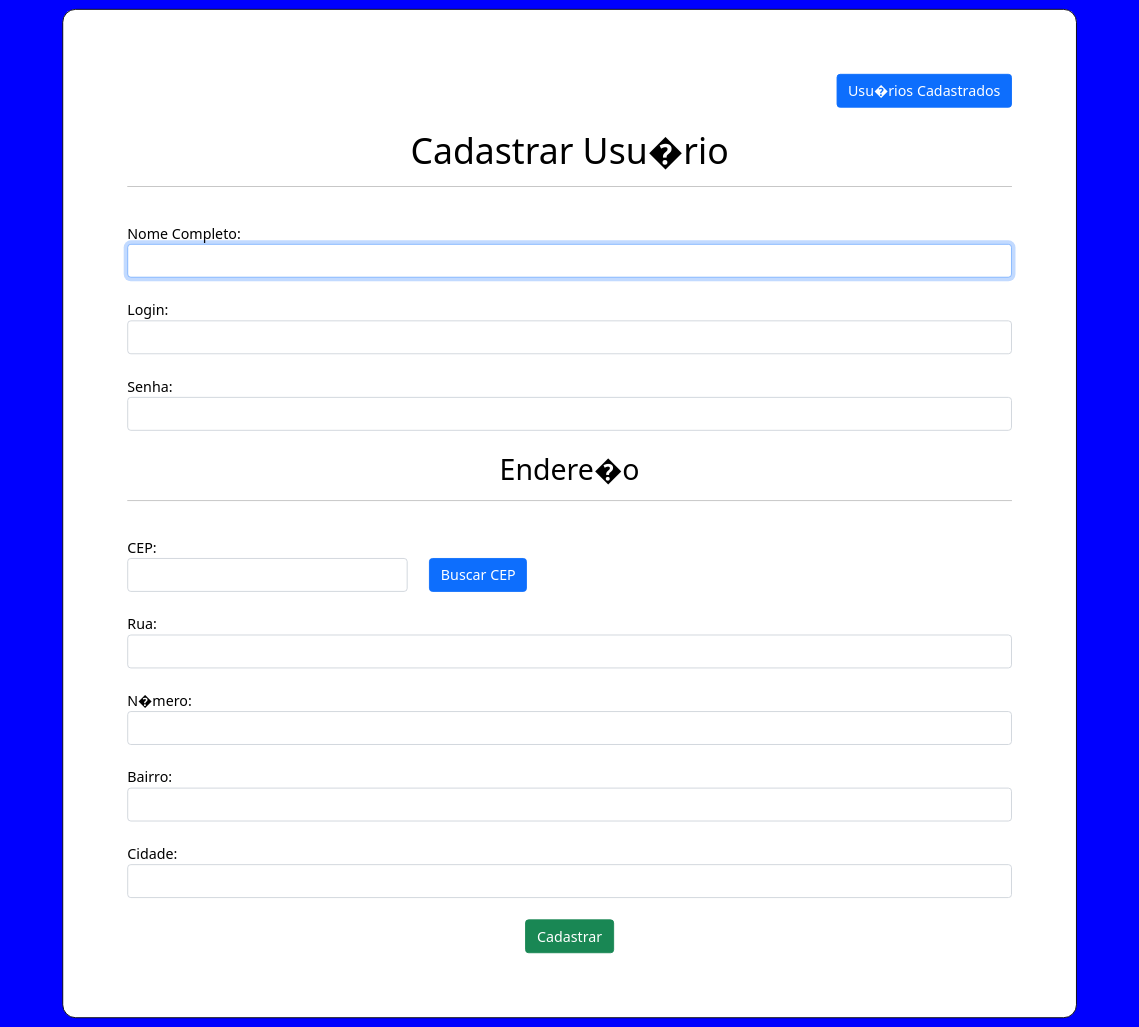
Repository: Magicianred/spring-mvc
Page: http://localhost/index
These files come from the project's save history. The page is drawn as it stood at one moment and after the next save; the edit follows.
The browser window is 1280 px wide. The pictures show the whole page, at 89% of full size.
The page is this project's Thymeleaf template; nobody is signed in. The template is opened directly, without the code that normally fills it, so the values that code supplies are empty.

Above is the page before, as saved 2021-01-13 02:35:48.

### springmvc/src/main/resources/templates/index.html
<!DOCTYPE html>
<html xmlns="http://www.w3.org/1999/xhtml"
xmlns:th="http://www.thymeleaf.org"
xmlns:layout="http://www.ultraq.net.nz/thymeleaf/layout">

<head>
	<link th:href="@{/css/bootstrap.min.css}" rel="stylesheet"/>
	<link th:href="@{/css/estilo.css}" rel="stylesheet"/>
	<meta charset="ISO-8859-1">
	<title>CRUD MVC</title>
</head>
<body>
	<div id="formulario">
		<div align="right">
			<a th:href="@{/usuarios}"><button class="btn btn-primary" id="botao">Usuários Cadastrados</button></a>
		</div>
		<br />

		<h1 align="center">Cadastrar Usuário</h1>
		<hr><br/>

		<div class="form-group">
			<label>Nome Completo:</label> <br />
			<input class="form-control" type="text" name="nome" id="nome" autofocus />
		</div>
		<br />

		<div class="form-group">
			<label>Login:</label> <br />
			<input class="form-control" type="email" name="email" id="email" />
		</div>
		<br />

		<div class="form-group">
			<label>Senha:</label> <br />
			<input class="form-control" type="password" name="senha" id="senha" />
		</div>
		<br />

		<h2 align="center">Endereço</h2>
		<hr><br/>
		<div class="form-group row">
			<label>CEP:</label> <br />
			<div class="col-md-4"><input class="form-control" type="text" name="cep" id="cep" /></div>
			<div class="col-md-4"><button class="btn btn-primary" onclick="buscar()">Buscar CEP</button></div>
		</div>
		<br />

		<div class="form-group">
			<label>Rua:</label> <br />
			<input class="form-control" type="text" name="rua" id="rua" />
		</div>
		<br />

		<div class="form-group">
			<label>Número:</label> <br />
			<input class="form-control" type="text" name="numero" id="numero" />
		</div>
		<br />

		<div class="form-group">
			<label>Bairro:</label> <br />
			<input class="form-control" type="text" name="bairro" id="bairro" />
		</div>
		<br />

		<div class="form-group">
			<label>Cidade:</label> <br />
			<input class="form-control" type="text" name="cidade" id="cidade" />
		</div>
		<br />

		<div align="center">
			<button class="btn btn-success" onclick="cadastrar()" id="botao">Cadastrar</button>
		</div>

	</div>
</body>
</html>

### springmvc/src/main/resources/static/css/estilo.css
* {
	margin: 0;
	padding: 0;
}

body{
	background-color: blue;
	color: black;
	padding: 10px 70px 10px 70px;
}

#formulario{
	background-color: white;
	padding: 10vh;
	border-radius: 15px;
	border: 1px solid black;
}

thead{
	background-color: blue;
	color: white;
}

Loaded but not shown: springmvc/src/main/resources/static/css/bootstrap.min.css (library)

After the next save:
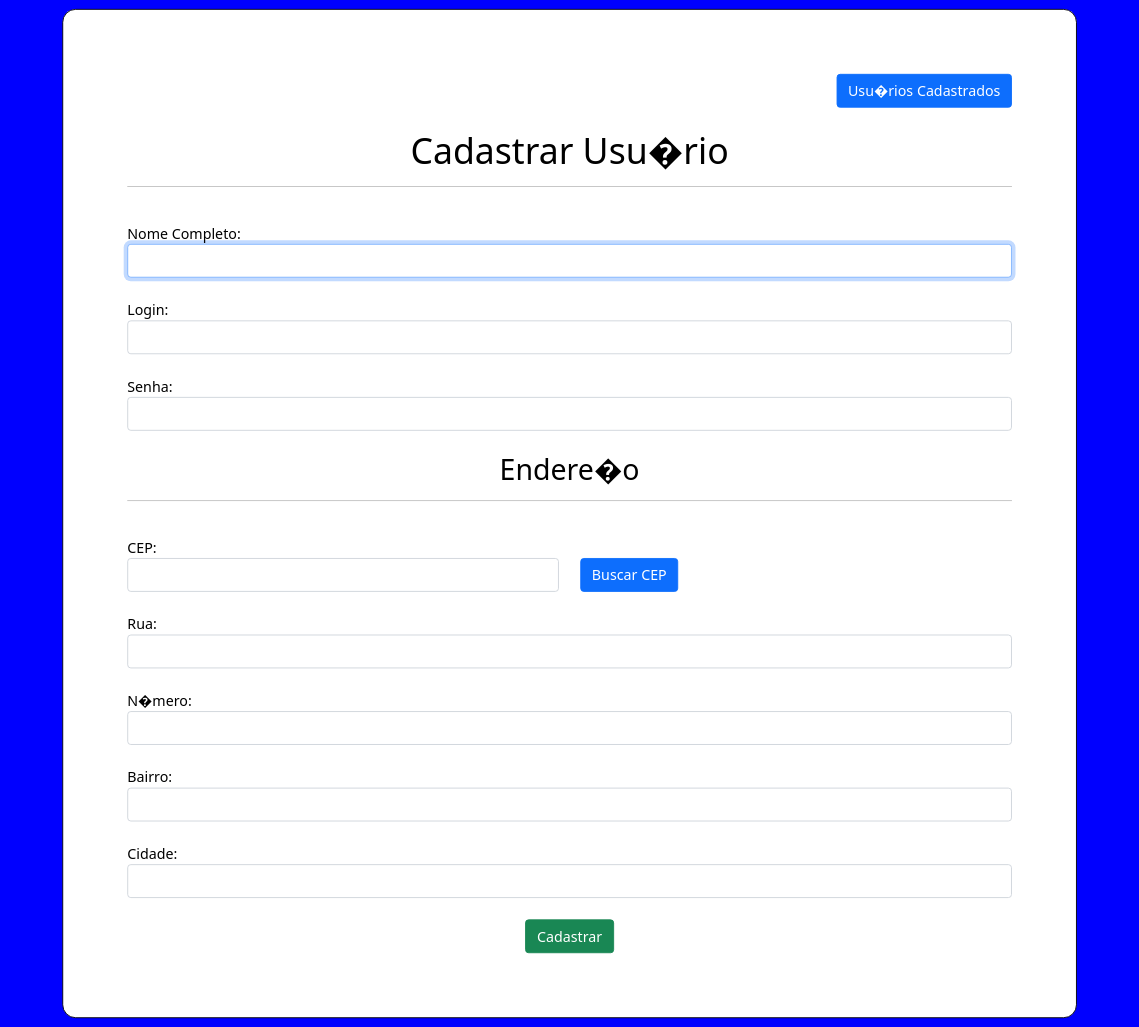
Saved 14 s later.
--- a/springmvc/src/main/resources/templates/index.html
+++ b/springmvc/src/main/resources/templates/index.html
@@ -41,8 +41,8 @@ xmlns:layout="http://www.ultraq.net.nz/thymeleaf/layout">
 		<hr><br/>
 		<div class="form-group row">
 			<label>CEP:</label> <br />
-			<div class="col-md-4"><input class="form-control" type="text" name="cep" id="cep" /></div>
-			<div class="col-md-4"><button class="btn btn-primary" onclick="buscar()">Buscar CEP</button></div>
+			<div class="col-md-6"><input class="form-control" type="text" name="cep" id="cep" /></div>
+			<div class="col-md-2"><button class="btn btn-primary" onclick="buscar()">Buscar CEP</button></div>
 		</div>
 		<br />
 
